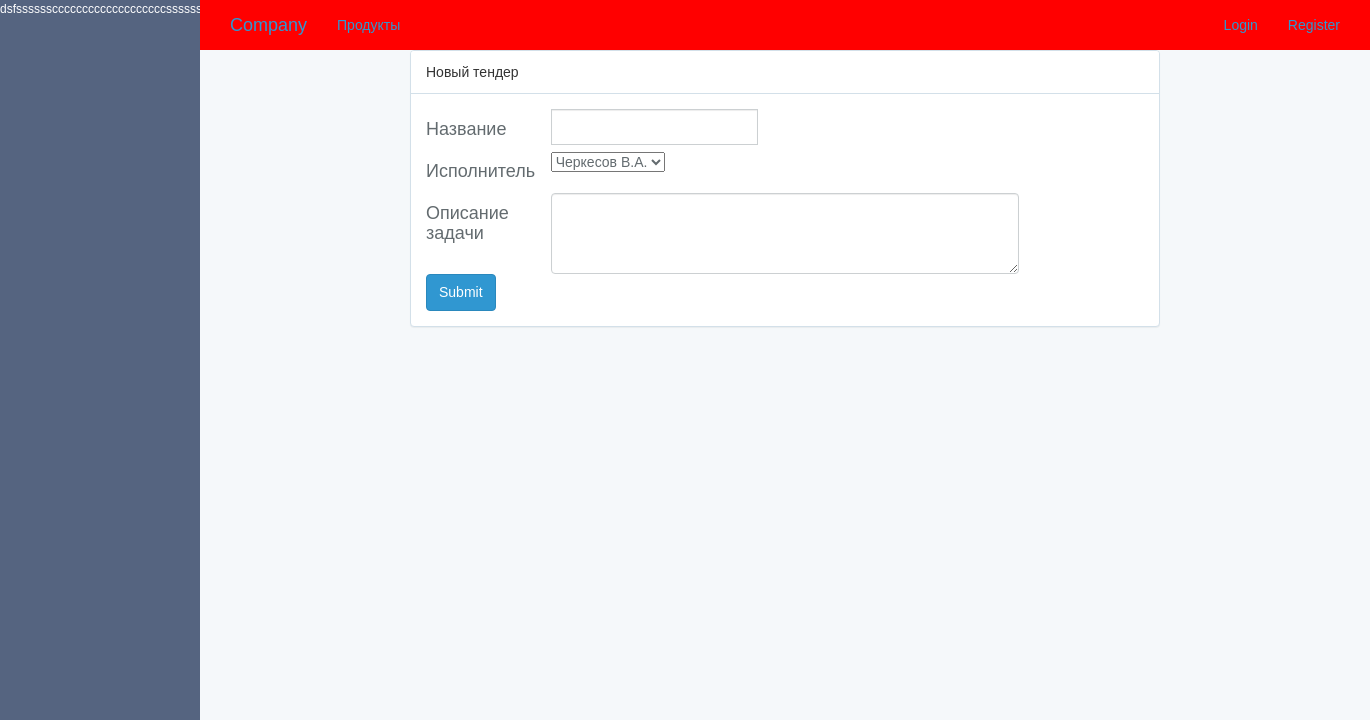
Repository: blackjack043/laravel-crud
Page: resources/views/page2.blade.php
These files come from the project's save history. The page is drawn as it stood at one moment and after the next save; the edit follows.
The browser window is 1280 px wide. The page is 1370 px wide, so the pictures cover 1370 px, including what lies to the right of the window. The pictures show the whole page.
Some web fonts or font styles are not loaded; a fallback is used. The page is served by the project's Laravel application, run on PHP 8.4 with Laravel 8. Other server files are loaded and not shown. The template is opened directly, without the code that normally fills it, so the values that code supplies are empty.

Above is the page before, as saved 2022-03-06 21:22:28.

### routes/web.php
<?php

/*
|--------------------------------------------------------------------------
| Web Routes
|--------------------------------------------------------------------------
|
| Here is where you can register web routes for your application. These
| routes are loaded by the RouteServiceProvider within a group which
| contains the "web" middleware group. Now create something great!
|
*/
use Illuminate\Http\Request;
use App\Contact12;


Route::get('/', function () {
    return view('welcome');
});

Route::get('/page2', function () {
    return view('page2');
});



Route::post('/profile', 'ContactController@submit');

Auth::routes();

Route::get('/home', 'HomeController@index');

Auth::routes();

Route::get('/home', 'HomeController@index');

### resources/views/page2.blade.php
@extends('layouts.app2')

@section('content')
<div class="container">
    <div class="row">
        <div class="col-md-8 col-md-offset-2">
            <div class="panel panel-default">
                <div class="panel-heading">Новый тендер</div>
                <div class="panel-body">


        @if($errors->any())
            <div style=>
            @foreach ($errors->all() as $error)
            <div >
                {{$error}}
            </div>
            @endforeach
            </div>
         @endif
<form  method="POST" action="/profile">
{{ csrf_field() }}

                <div class="row" >
  <div class="col-md-2" ><h4>Название</h4></div>
  <div class="col-md-10">
<div class="input-group" >
<input type="text" name="label" class="form-control"  aria-describedby="sizing-addon2">
                </div></div>
</div>

<div class="row">
  <div class="col-md-2"><h4>Исполнитель</h4></div>
  <div class="col-md-10">
    <select name="ispolnitel">
    <option value="cherkesov">Черкесов В.А.</option>
    <option value="matancev">Матанцев Е.Р.</option>
    </select>
</div>
</div>

<div class="row">
  <div class="col-md-2"><h4>Описание задачи</h4></div>
  <div class="col-md-8">
		<textarea name="text" class="form-control" rows="3"></textarea>
</div>



</div>
<input type="submit" class="btn btn-primary">
</form>






                </div>
            </div>
        </div>
    </div>
</div>
@endsection

### resources/views/layouts/app2.blade.php
<!DOCTYPE html>
<html lang="en">
<head>
    <meta charset="utf-8">
    <meta http-equiv="X-UA-Compatible" content="IE=edge">
    <meta name="viewport" content="width=device-width, initial-scale=1">

    <!-- CSRF Token -->
    <meta name="csrf-token" content="{{ csrf_token() }}">

    <title>{{ config('app.name', 'Laravel') }}</title>

    <!-- Styles -->
    <link href="/css/app.css" rel="stylesheet">

    <!-- Scripts -->
    <script>
        window.Laravel = <?php echo json_encode([
            'csrfToken' => csrf_token(),
        ]); ?>
    </script>
</head>
<body>
    <div id="app" style="display: flex;">
        <div style="width:200px; height:100vh;background: #556480;color: white; font-size: 12px" >dsfsssssscccccccccccccccccccssssssaas</div>
        <div style="display:inline; ">
        <nav class="" style="height: 50px; background: red">
            <div class="container">
                <div class="navbar-header">

                    <!-- Collapsed Hamburger -->


                    <!-- Branding Image -->
                    <a class="navbar-brand" href="{{ url('/') }}">
                      Company
                    </a>
                </div>

                <div class="collapse navbar-collapse" id="app-navbar-collapse">
                    <!-- Left Side Of Navbar -->
                    <ul class="nav navbar-nav">
                        &nbsp;
                        <li ><a href="#">Продукты</a></li>
                    </ul>

                    <!-- Right Side Of Navbar -->
                    <ul class="nav navbar-nav navbar-right">
                        <!-- Authentication Links -->
                        @if (Auth::guest())
                            <li><a href="{{ url('/login') }}">Login</a></li>
                            <li><a href="{{ url('/register') }}">Register</a></li>
                        @else
                            <li class="dropdown">
                                <a href="#" class="dropdown-toggle" data-toggle="dropdown" role="button" aria-expanded="false">
                                    {{ Auth::user()->name }} <span class="caret"></span>
                                </a>

                                <ul class="dropdown-menu" role="menu">
                                    <li>
                                        <a href="{{ url('/logout') }}"
                                            onclick="event.preventDefault();
                                                     document.getElementById('logout-form').submit();">
                                            Logout
                                        </a>

                                        <form id="logout-form" action="{{ url('/logout') }}" method="POST" style="display: none;">
                                            {{ csrf_field() }}
                                        </form>
                                    </li>
                                </ul>
                            </li>
                        @endif
                    </ul>
                </div>
            </div>
        </nav>

        @yield('content')
    </div>
    </div>
    <!-- Scripts -->
    <script src="/js/app.js"></script>
</body>
</html>

Loaded but not shown: app/Http/Controllers/Auth/LoginController.php (common file); app/Http/Controllers/Controller.php (common file); public/css/app.css (library); public/js/app.js (library)

After the next save:
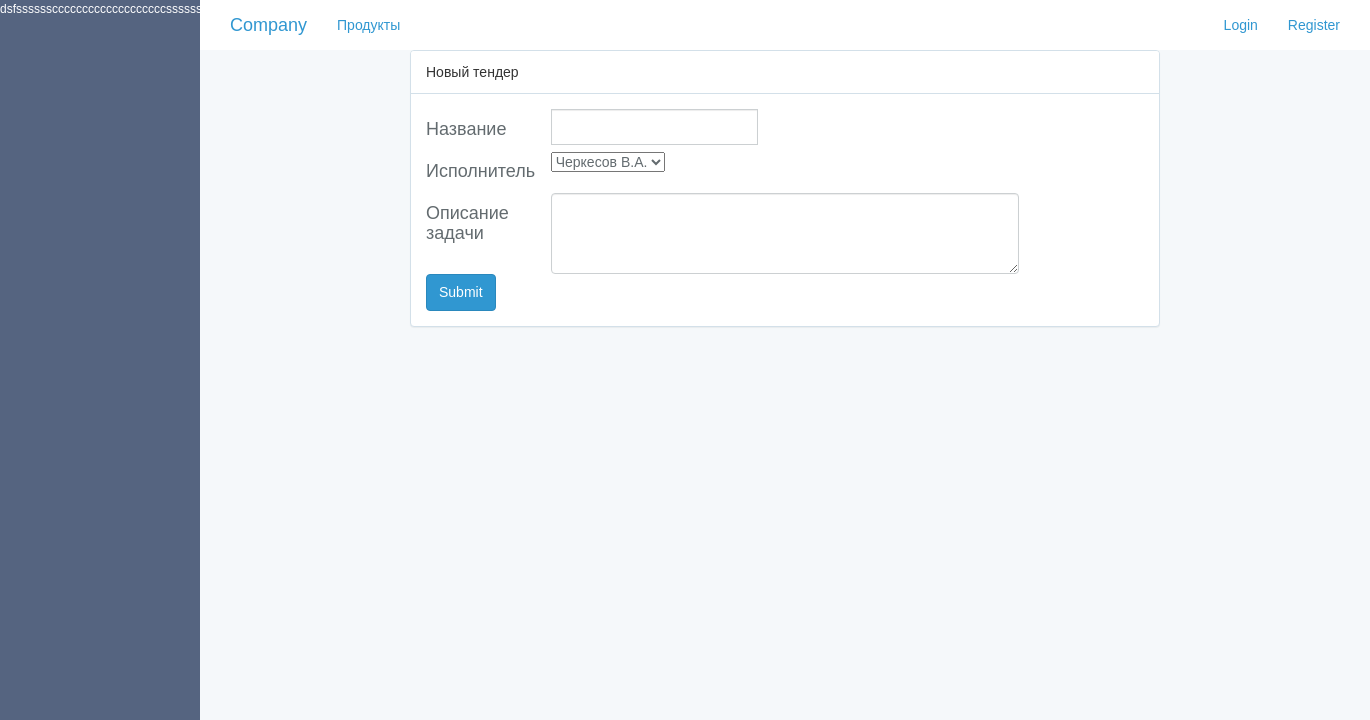
Saved 5 s later.
--- a/resources/views/layouts/app2.blade.php
+++ b/resources/views/layouts/app2.blade.php
@@ -24,7 +24,7 @@
     <div id="app" style="display: flex;">
         <div style="width:200px; height:100vh;background: #556480;color: white; font-size: 12px" >dsfsssssscccccccccccccccccccssssssaas</div>
         <div style="display:inline; ">
-        <nav class="" style="height: 50px; background: red">
+        <nav class="" style="height: 50px; background: white">
             <div class="container">
                 <div class="navbar-header">
 
